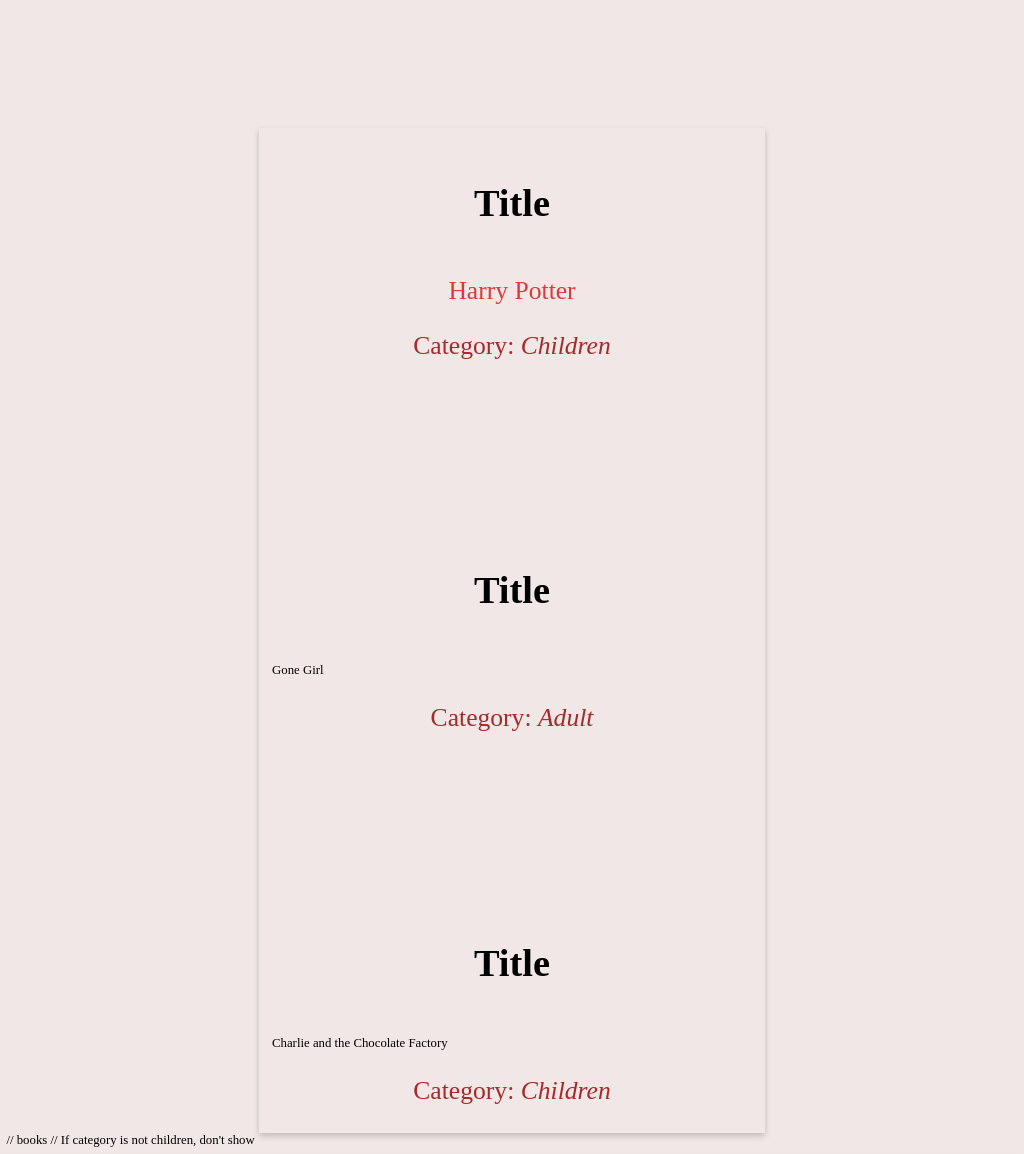
Repository: cyborgEneki/archangel-code-challenge
Page: index.html
The author's editor kept a copy of each file at every save. The page is drawn from the files as they stood at one save, then again after the next save.
The browser window is 1280 px wide. The pictures show the whole page, at 80% of full size.
The style sheet was rebuilt from its Sass, Less or Tailwind sources for each picture, by a compiler version that may differ from the author's.

Above is the page before, as saved 2020-11-05 14:15:21.

### index.html
<!DOCTYPE html>
<html lang="en">

<head>
    <link rel="stylesheet" href="assets/css/styles.css">
</head>

<body>
    <div id="main"></div>
    <script src="bower_components/handlebars/handlebars.min.js"></script>
    <script src="bower_components/jquery/dist/jquery.min.js"></script>
    <script type="text/x-handlebars-template" id="template-script">
            <div class="card">
                <div class="card__container">
                    <h4 class="card__heading"><b>Title</b></h4>
                    <p class="card__title-text">Harry Potter</p>
                    <p class="card__category-text">Category: <i>Children</i></p>
                </div>
                <div class="card__container">
                    <h4 class="card__heading"><b>Title</b></h4>
                    <p class="card__text">Gone Girl</p>
                    <p class="card__category-text">Category: <i>Adult</i></p>
                </div>
                <div class="card__container">
                    <h4 class="card__heading"><b>Title</b></h4>
                    <p class="card__text">Charlie and the Chocolate Factory</p>
                    <p class="card__category-text">Category: <i>Children</i></p>
                </div>
            </div>
    </script>
    <script src="assets/js/books.js"></script>
    <script src="assets/js/index.js"></script>
</body>
</html>


                    <!-- <p class="card__text">{{compareEquality a b real makeBelieve}}!</p> -->

    // books
    // If category is not children, don't show

### assets/js/index.js
$(function () {
    Handlebars.registerHelper("compareEquality", function (a, b, real, makeBelieve) {
        if (a == b) {
            return real;
        } else {
            return makeBelieve;
        };
    });
    let template = $('#template-script').html(),
        compiled = Handlebars.compile(template),
        rendered = compiled({
            a: 1,
            b: 1,
            real: 'an oblate spheroid',
            makeBelieve: 'flat'
        });
    $('#main').html(rendered);
});

### scss/styles.scss
$peach: #f1e7e7;

body {
    background-color: $peach;
}

.card {
    box-shadow: 0 4px 8px 0 rgba(0, 0, 0, 0.2);
    transition: 0.3s;
    width: 50%;
    margin: 0 auto;

    &__container {
        padding: 2px 16px;
        margin-top: 10rem;
    }

    &__heading {
        font-size: 3rem;
        text-align: center;
    }

    &__title-text {
        text-align: center;
        font-size: 2rem;
        color: #de3838;
    }

    &__category-text {
        text-align: center;
        font-size: 2rem;
        color: brown;
    }
}

Loaded but not shown: bower_components/handlebars/handlebars.min.js (library); bower_components/jquery/dist/jquery.min.js (library); assets/js/books.js (no stored copy; drawn as an empty file)

After the next save:
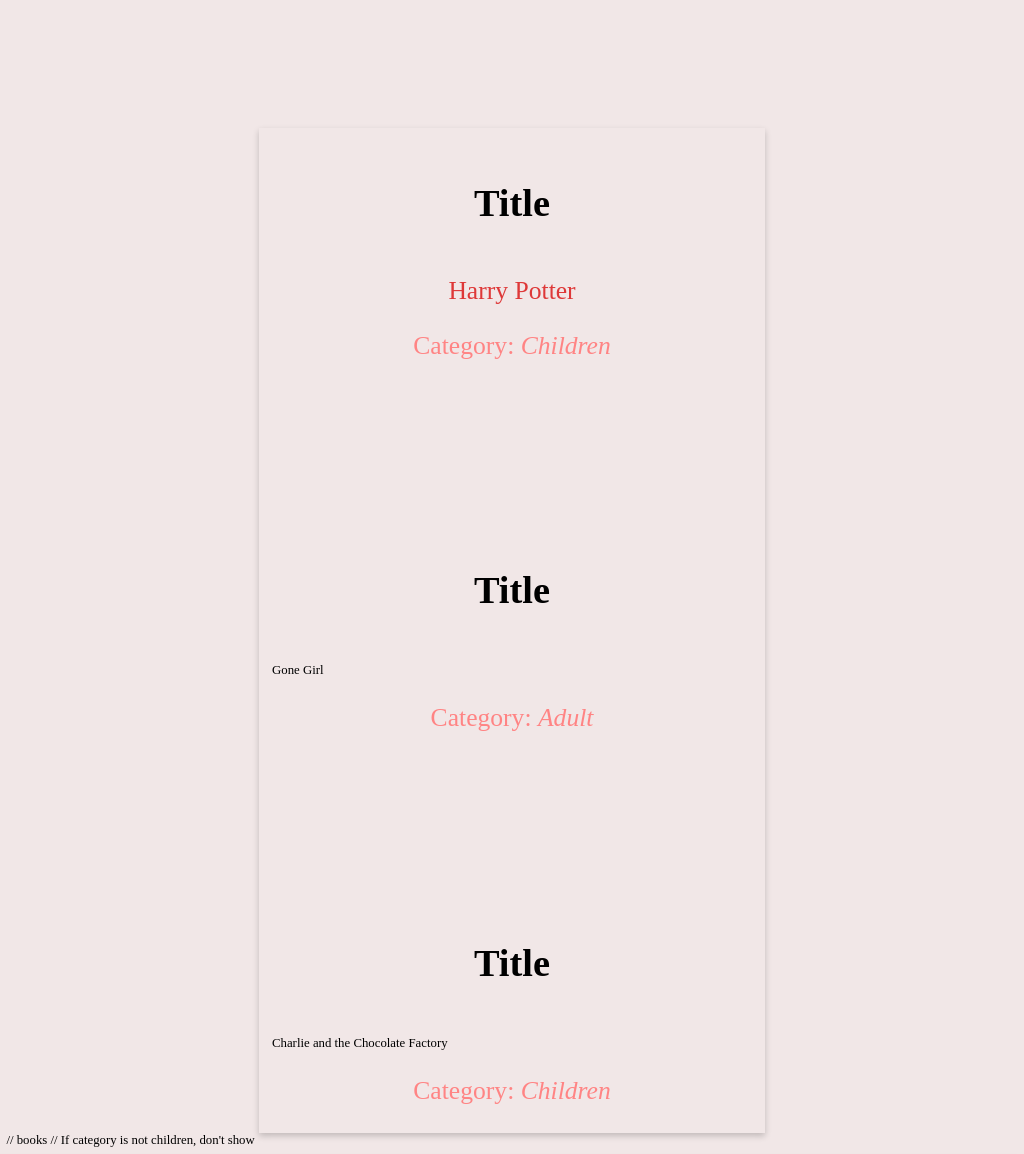
Saved 37 s later.
--- a/scss/styles.scss
+++ b/scss/styles.scss
@@ -29,6 +29,6 @@
     &__category-text {
         text-align: center;
         font-size: 2rem;
-        color: brown;
+        color: #ff8484;
     }
 }
